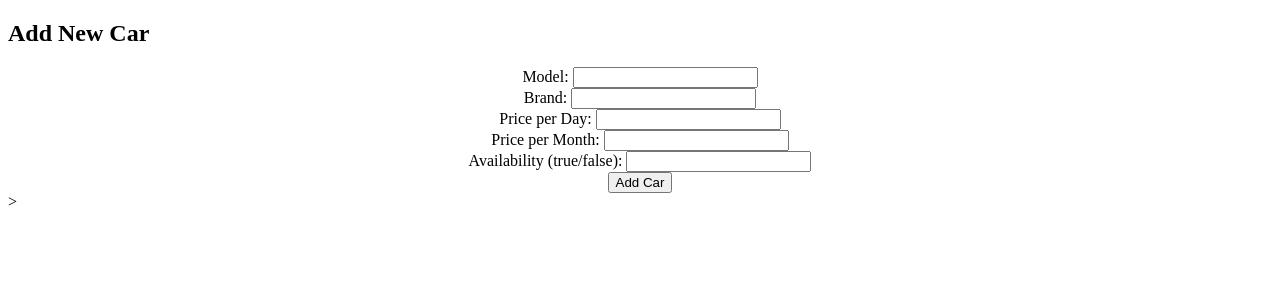
Repository: NirmalyaSatapathy/NirmalyaSatapathyProjects
Page: CarRental/CarRental/src/main/webapp/addCar.html
The author's editor kept a copy of each file at every save. The page is drawn from the files as they stood at one save, then again after the next save.
The browser window is 1280 px wide. The pictures show the whole page.

Above is the page before, as saved 2025-05-04 20:21:55.

After the next save:
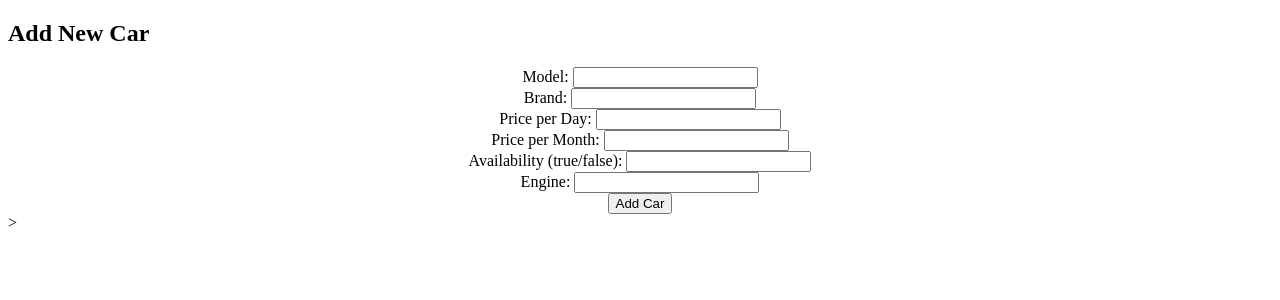
Saved 62 s later.
--- a/CarRental/CarRental/src/main/webapp/addCar.html
+++ b/CarRental/CarRental/src/main/webapp/addCar.html
@@ -14,6 +14,7 @@
         Price per Day: <input type="number" name="perDay" required><br>
         Price per Month: <input type="number" name="perMonth" required><br>
         Availability (true/false): <input type="text" name="availability" required><br>
+        Engine: <input type="text" name="capacity" required><br>
         <input type="submit" value="Add Car">
     </form>
     </center>>
